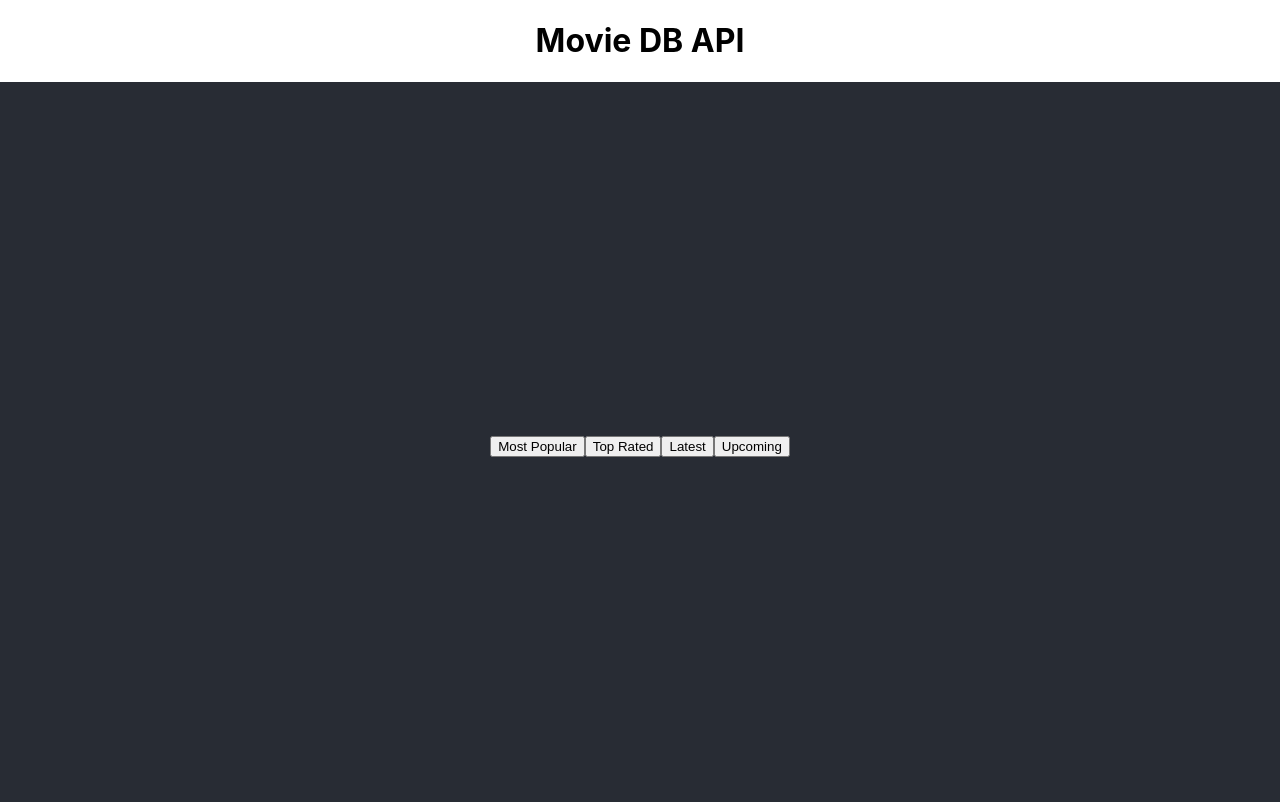
Repository: chaampavictor/moviedbapi
Page: /
These files come from the project's save history. The page is drawn as it stood at one moment and after the next save; the edit follows.
The browser window is 1280 px wide. The pictures show the whole page.
The page's requests for data from a server got no answer. The project was rebuilt for these pictures with package versions that can differ from the ones it lists, and the page was loaded fresh each time. No one was signed in, and anything a server would have sent is missing.

Above is the page before, as saved 2022-01-12 21:25:36.

### src/App.js
import React, { useEffect, useState } from "react";
import axios from "axios";
import "./App.css";

const api_key = "872c70d736d1ef4484522f734137927d";
const BASE_URL = "https://api.themoviedb.org/3";
const getImage = (path) => `https://image.tmdb.org/t/p/w300/${path}`;

function App() {
  const [data, setData] = useState([]);

  const api = axios.create({ baseURL: BASE_URL });

  const getUpcoming = api.get("/movie/popular", { params: { api_key } });

  useEffect(() => {
    getUpcoming.then((res) => {
      setData(res.data.results);
    });
  }, [getUpcoming]);

  return (
    <div className="App">
      <h1>Movie DB API</h1>
      <header className="App-header">
        <div className="grid">
          <button>Most Popular</button>
          <button>Top Rated</button>
          <button> Latest</button>
          <button> Upcoming</button>
        </div>

        <div className="grid">
          {data.map((movie) => (
            <div className="item">
              <img src={getImage(movie.poster_path)} alt="poster" />
              <p>{movie.original_title}</p>
            </div>
          ))}
        </div>
      </header>
    </div>
  );
}

export default App;

Loaded but not shown: public/index.html (common file); src/index.js (common file); src/index.css (common file); src/reportWebVitals.js (common file); src/App.css (common file)

After the next save:
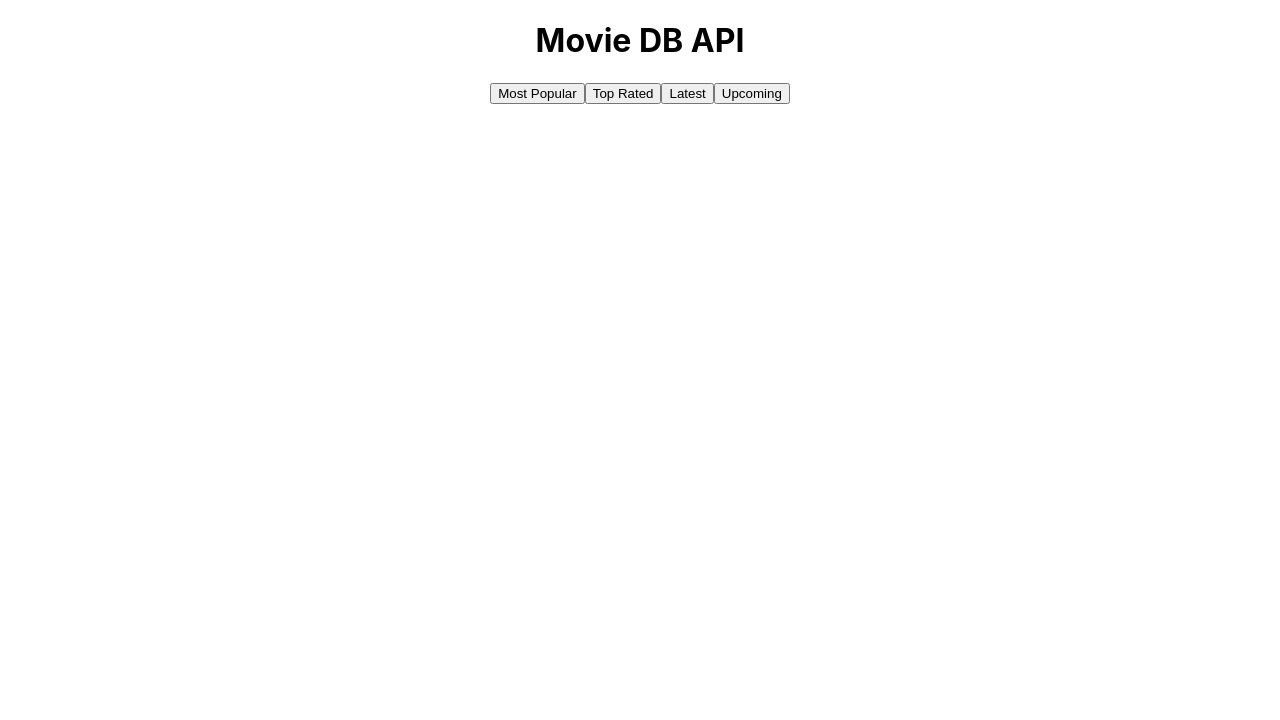
Saved 13 s later.
--- a/src/App.js
+++ b/src/App.js
@@ -22,7 +22,7 @@ function App() {
   return (
     <div className="App">
       <h1>Movie DB API</h1>
-      <header className="App-header">
+      <header>
         <div className="grid">
           <button>Most Popular</button>
           <button>Top Rated</button>
